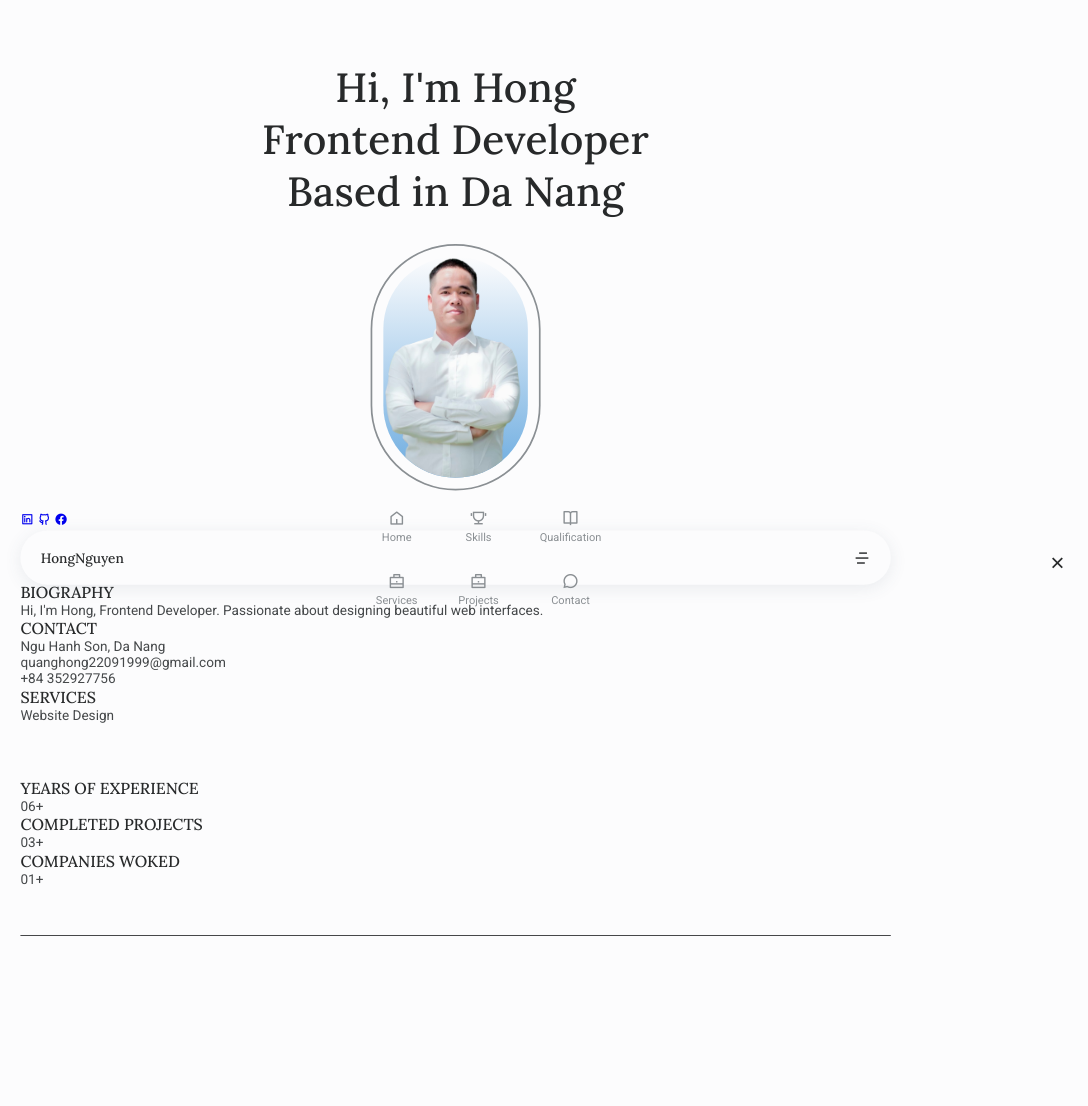
Repository: hnguyeng/myportfoliohongnguyen
Page: index.html
These files come from the project's save history. The page is drawn as it stood at one moment and after the next save; the edit follows.
The browser window is 1280 px wide. The pictures show the whole page, at 85% of full size.
Some web libraries are served in a nearby version.

Above is the page before, as saved 2023-07-17 13:49:44.

### index.html
<!DOCTYPE html>
<html lang="en">
<head>
    <meta charset="UTF-8">
    <meta name="viewport" content="width=device-width, initial-scale=1.0">
    <title>Document</title>
    <link rel="stylesheet" href="./assets/css/style.css">
    <!-- remixicon -->
    <link href="https://cdn.jsdelivr.net/npm/remixicon@3.4.0/fonts/remixicon.css" rel="stylesheet">
    <!-- google fonts -->
    <link rel="preconnect" href="https://fonts.googleapis.com">
    <link rel="preconnect" href="https://fonts.gstatic.com" crossorigin>
    <link href="https://fonts.googleapis.com/css2?family=Inter:wght@600&family=Lobster&family=Lora:wght@400;500;600&family=Permanent+Marker&family=Poppins:wght@300;400;500;600;700;800;900&family=Roboto:wght@400;500&display=swap" rel="stylesheet">
</head>
<body>
    <!-- header -->
    <header class="header" id="header">
        <nav class="nav container">
            <a href="#" class="nav__logo">
                HongNguyen
            </a>
            <div class="nav__menu" id="nav-menu">
                <ul class="nav__list grid">
                    <li class="nav__item">
                        <a href="#home" class="nav__link">
                            <i class="ri-home-5-line"></i> Home
                        </a>
                    </li>
                    <li class="nav__item">
                        <a href="#skills" class="nav__link">
                            <i class="ri-trophy-line"></i> Skills
                        </a>
                    </li>
                    <li class="nav__item">
                        <a href="#qualification" class="nav__link">
                            <i class="ri-book-open-line"></i> Qualification
                        </a>
                    </li>
                    <li class="nav__item">
                        <a href="#services" class="nav__link">
                            <i class="ri-briefcase-line"></i> Services
                        </a>
                    </li>
                    <li class="nav__item">
                        <a href="#projects" class="nav__link">
                            <i class="ri-briefcase-line"></i> Projects
                        </a>
                    </li>
                    <li class="nav__item">
                        <a href="#contact" class="nav__link">
                            <i class="ri-chat-3-line"></i> Contact
                        </a>
                    </li>

                </ul>
                <!-- close button -->
                <div class="nav__close" id="nav-close">
                    <i class="ri-close-line"></i>
                </div>
            </div>
            <div class="nav__buttons">
                <!-- Theme change button -->
                <!-- <i class="ri-moon-line change theme" id="theme-button"></i> -->
                <!-- Toggle button -->
                <div class="nav__toggle" id="nav-toggle">
                    <i class="ri-menu-4-line"></i>
                </div>
            </div>
        </nav>
    </header>
    <!-- main -->
    <main class="main">
        <!-- ==============HOME=============== -->
        <section class="home section" id="home">
            <div class="home__container container grid section__border">
                <div class="home__data grid">
                    <h1 class="home__title">
                        Hi, I'm Hong <br>
                        Frontend Developer <br>
                        Based in Da Nang <br>
                    </h1>
                    <div class="home__blob grid">
                        <div class="home__perfil">
                            <img src="./assets/imgs/perfil.png" alt="home perfil">
                        </div>
                        <!-- <img src="./assets/imgs/shape-wawes.svg" alt="" class="home__shape-wawes"> -->
                        <!-- <img src="./assets/imgs/shape-circle.svg" alt="" class="home__shape-circle"> -->
                    </div>
                    <ul class="home__social">
                        <a href="https://www.linkedin.com/in/hongnguyen22/" target="_blank" class="home__social-link">
                            <i class="ri-linkedin-box-line"></i>
                        </a>
                        <a href="https://github.com/hnguyeng" target="_blank" class="home__social-link">
                            <i class="ri-github-line"></i>
                        </a>
                        <a href="https://www.facebook.com/Hin229" target="_blank" class="home__social-link">
                            <i class="ri-facebook-circle-fill"></i>
                        </a>
                    </ul>
                </div>
                <!-- ==============HOME INFO 1=============== -->
                <div class="home__info">
                    <div>
                        <h3 class="home__info-title">
                            BIOGRAPHY
                        </h3>
                        <p class="home__info-description">
                            Hi, I'm Hong, Frontend Developer.
                            Passionate about designing beautiful web interfaces.
                        </p>
                    </div>

                    <div>
                        <h3 class="home__info-title">
                            CONTACT
                        </h3>
                        <p class="home__info-description">
                            Ngu Hanh Son, Da Nang <br>
                            quanghong22091999@gmail.com <br>
                            +84 352927756 <br>
                        </p>
                        <h3 class="home__info-title">
                            SERVICES
                        </h3>
                        <p class="home__info-description">
                            Website Design <br>
                        </p>
                    </div>
                </div>
                <!-- ==============HOME INFO 2=============== -->
                <div class="home__info">
                    <div>
                        <h3 class="home__info-title">
                            YEARS OF EXPERIENCE
                        </h3>
                        <p class="home__info-number">
                        06+
                        </p>
                    </div>

                    <div>
                        <h3 class="home__info-title">
                            COMPLETED PROJECTS
                        </h3>
                        <p class="home__info-number">
                            03+
                        </p>
                        <h3 class="home__info-title">
                            COMPANIES WOKED
                        </h3>
                        <p class="home__info-number">
                            01+
                        </p>
                    </div>
                </div>
            </div>
        </section>
        <!-- ================SKILLS=========== -->
        <section class="skills section" id="skills"></section>
        <!-- =============QUALIFICATION============= -->
        <section class="qualification section" id="qualification"></section>
    </main>

    <script src="./assets/js/main.js"></script>
</body>
</html>

### assets/css/style.css
/* =============VARIABLES CSS============ */
:root {
    --header-height: 3.5rem;
    /* ========= Colors ========== */
    /*Colors mode HSL(hue, saturation, lightness)*/
    --first-color: hsl(207, 65%, 65%);
    --title-color: hsl(207, 4%, 16%);
    --text-color: hsl(207, 4%, 28%);
    --text-color-light: hsl(207, 4%, 56%);
    --body-color: hsl(207, 4%, 99%);
    /* Change the first number */
    /* Blue: 207 - Purple: 250 - Pink: 356 - Teal: 174 */
    --gradient-color: linear-gradient(180deg,
                         hsla(207, 48%, 72%, 0),
                         hsla(207, 65%, 65%, 1));
    /* ========== Font and typography ========== */
    /*.5rem = 8px | 1rem = 16px ... */
    --body-font: 'Roboto', sans-serif;
    --title-font: 'Lora', serif;
    --biggest-font-size: 1.5rem;
    --h1-font-size: 1.5rem;
    --h2-font-size: 1.25rem;
    --h3-font-size: 1rem;
    --normal-font-size:.938rem;
    --small-font-size:.813rem;
    --smaller-font-size:.75rem;
    --tiny-font-size:.625rem;
    /* ==========Font weight======== */
    --font-medium: 500;
    --font-semi-bold: 600;
    /* ===========z index======== */
    --z-normal: 1;
    --z-tooltip: 10;
    --z-fixed: 100;
}
/* Reponsive typographt */
@media screen and (min-width: 1024px) {
    :root {
        --biggest-font-size: 3rem;
        --h1-font-size: 2.25rem;
        --h2-font-size: 1.rem;
        --h3-font-size: 1.25rem;
        --normal-font-size: 1rem;
        --small-font-size: .875rem;
        --smaller-font-size: .813rem;
        --tiny-font-size: .688rem;
    }
}
/* ===============BASE============= */
*{
    margin: 0;
    padding: 0;
    box-sizing: border-box;
}
html{
    scroll-behavior: smooth;
}
body{
    font-family: var(--body-font);
    font-size: var(--normal-font-size);
    background-color:var(--body-color);
    color: var(--text-color);
}
h1,h2,h3{
    color: var(--title-color);
    font-family: var(--title-font);
    font-weight: var(--font-medium);
}
ul{
    list-style: none;
}
a{
    text-decoration: none;
}
img{
    width: 100%;
    height: auto;
}
/* ===========REUSABLE CSS CLASSES============ */
.container{
    max-width: 1024px;
    margin-inline: 1.5rem;
}
.grid{
    display: grid;
    gap: 1.5rem;
}
.section{
    padding-block: 2.5rem;
}
.section__border{
    border-bottom: 1px solid var(--title-color);
    padding-bottom: 3.5rem;
}
.section__title,
.section__subtitle{
    text-align: center;
}
.section__title{
    font-size: var(--h1-font-size);
    font-weight: var(--font-semi-bold);
    margin-bottom: .25rem;
}
.section__subtitle{
    display: block;
    font-size: var(--small-font-size);
    color: var(--text-color-light);
    margin-bottom: 3rem;
}
.main{
    overflow: hidden;
}
/* ============= HEADER AND NAV ============ */
.header{
    width: 100%;
    position: fixed;
    bottom: 2rem;
    left: 0;
    z-index: var(--z-fixed);
}
.nav{
    height: calc(var(--header-height) + .5rem);
    display: flex;
    justify-content: space-between;
    align-items: center;
    background-color: var(--body-color);
    box-shadow: 0 4px 20px hsla(207, 24%, 35%, .1);
    padding-inline: 1.5rem;
    border-radius: 3rem;
}
.nav__logo,
.nav__toggle,
.nav__close{
    color: var(--title-color);
}
.nav__logo{
    font-weight: var(--font-medium);
    font-family: var(--title-font);
}
.nav__toggle{
    display: flex;
    font-size: 1.25rem;
    cursor: pointer;
}
@media screen and (max-width:1023px) {
    .nav__menu{
        position: fixed;
        width: 88%;
        right: 0;
        left: 0;
        bottom: -60%;
        margin: 0 auto;
        background-color: var(--body-color);
        box-shadow: 0 4px 20px hsla(207, 24%, 35%, .1);
        padding: 2rem 1.5rem 5rem;
        border-radius: 2rem;
        transition: bottom .3s;
    }
}
.nav__list{
    grid-template-columns: repeat(3, max-content);
    justify-content: center;
    gap: 2rem 3rem;
}
.nav__link{
    display: flex;
    flex-direction: column;
    align-items: center;
    row-gap: .25rem;
    font-size: var(--smaller-font-size);
    color: var(--text-color-light);
    transition: color .3s;
}
.nav__link:hover{
    color: var(--title-color);
}
.nav__link i{
    font-size: 1.25rem;
}
.nav__close{
    position: absolute;
    right: 1.5rem;
    bottom: .7rem;
    font-size: 1.5rem;
    cursor: pointer;
}
/* Show menu  */
.show-menu{
    bottom: 2rem;
}
/* Active link  */
/* =================HOME=============== */
.home__container{
    row-gap: 4rem;
    padding-top: 2rem;
}
.home__data{
    row-gap: 1.5rem;
}
.home__title{
    text-align: center;
    font-size: var(--biggest-font-size);
    letter-spacing: .3px;
    margin-bottom: .5rem;
}
.home__blob{
    position: relative;
    width: 200px;
    height: 290px;
    background-color: var(--body-color);
    border: 2px solid var(--text-color-light);
    justify-self: center;
    border-radius: 6.25rem;
    place-items: center;
}
.home__perfil{
    width: 170px;
    height: 260px;
    background: var(--gradient-color);
    border-radius: 5.5rem;
    overflow: hidden;
}
.home__perfil img{
    height: 280px;
    object-fit: cover;
}

### assets/js/main.js
/*=============== SHOW MENU ===============*/
const navMenu = document.getElementById('nav-menu'),
      navToggle = document.getElementById('nav-toggle'),
      navClose = document.getElementById('nav-close')

/*===== MENU SHOW =====*/
/* Validate if constant exists */
if(navToggle){
    navToggle.addEventListener('click', () =>{
        navMenu.classList.add('show-menu')
    })
}

/*===== MENU HIDDEN =====*/
/* Validate if constant exists */
if(navClose){
    navClose.addEventListener('click', () =>{
        navMenu.classList.remove('show-menu')
    })
}
/*=============== REMOVE MENU MOBILE ===============*/
const navLink = document.querySelectorAll('.nav__link')

const linkAction = () =>{
    const navMenu = document.getElementById('nav-menu')
    // When we click on each nav__link, we remove the show-menu class
    navMenu.classList.remove('show-menu')
}
navLink.forEach(n => n.addEventListener('click', linkAction))

After the next save:
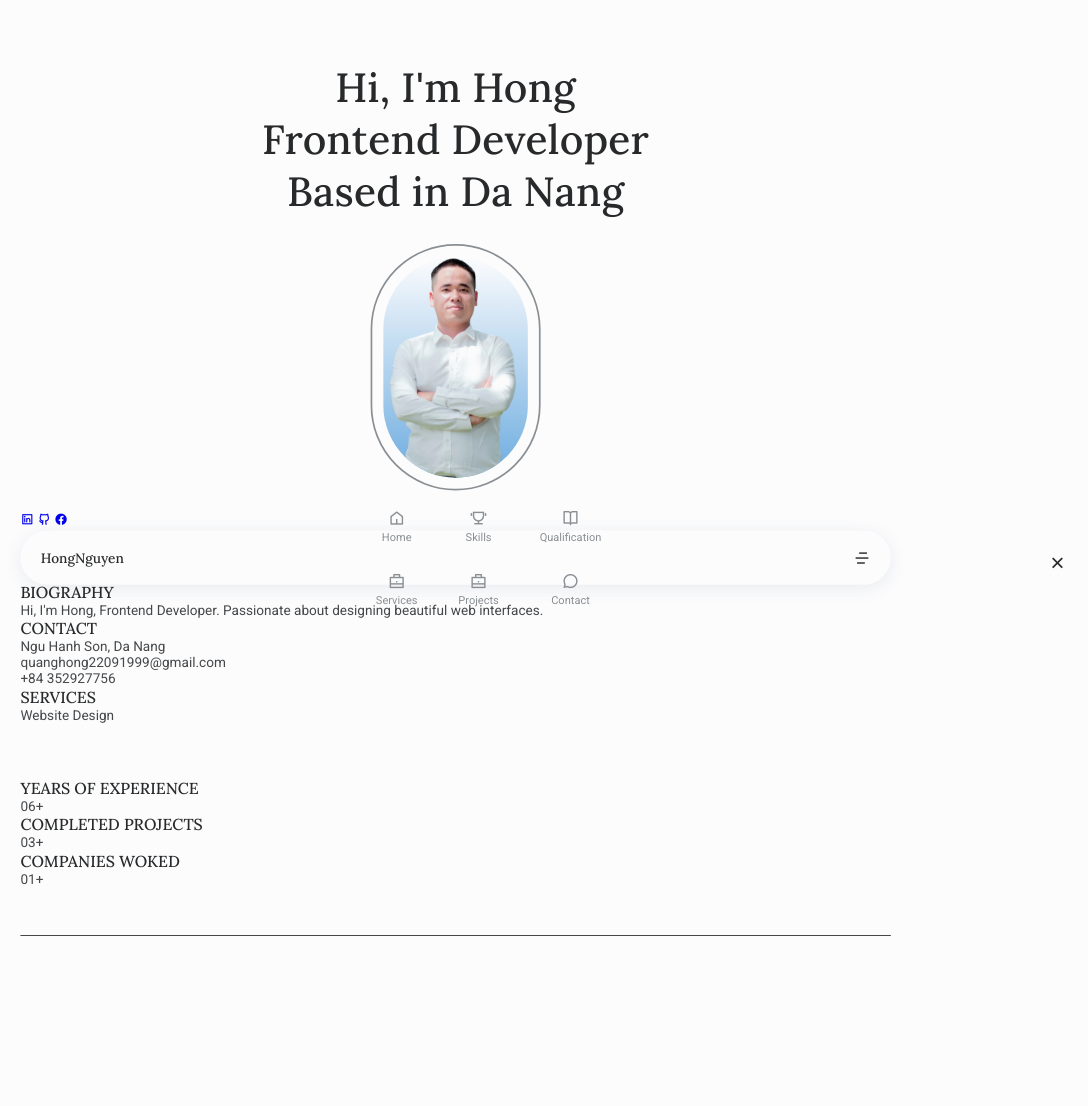
Saved 11 s later.
--- a/assets/css/style.css
+++ b/assets/css/style.css
@@ -221,6 +221,6 @@ img{
     overflow: hidden;
 }
 .home__perfil img{
-    height: 280px;
+    height: 260px;
     object-fit: cover;
 }
